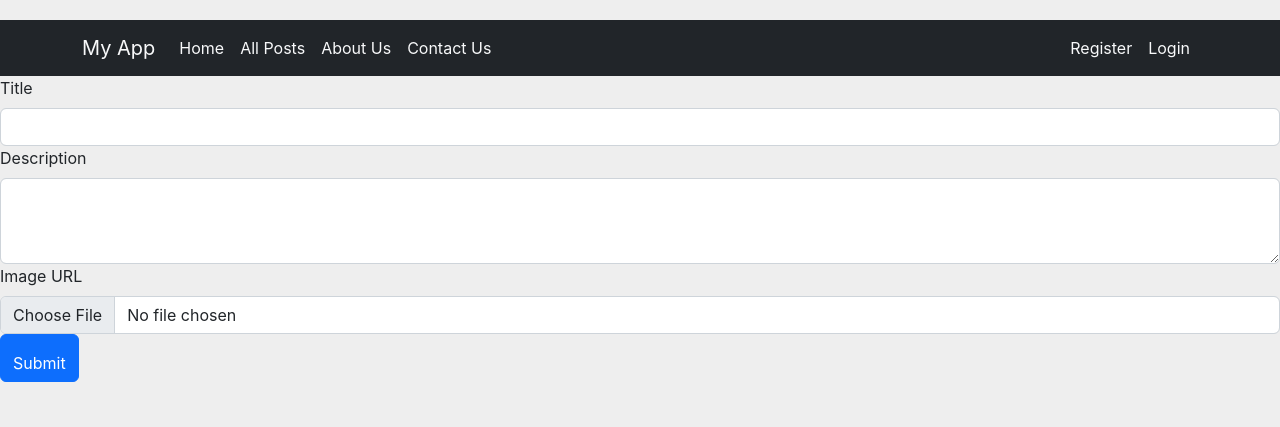
Repository: HiteshKumarMeghwar/react-redux-golang-mysql
Page: /add_post (app in react-redux/)
These files come from the project's save history. The page is drawn as it stood at one moment and after the next save; the edit follows.
The browser window is 1280 px wide. The pictures show the whole page.
Some web libraries are served in a nearby version. The project was rebuilt for these pictures with package versions that can differ from the ones it lists, and the page was loaded fresh each time. Also part of the build but not shown: react-redux/webpack.config.js, react-redux/src/App.css, react-redux/src/components/Login.js, react-redux/src/components/Register.js, react-redux/src/components/Dashboard.js, react-redux/src/components/AllPosts.js, react-redux/src/components/AboutUs.js, react-redux/src/components/ContactUs.js and 3 more.

Above is the page before, as saved 2023-03-17 15:47:51.

After the next save:
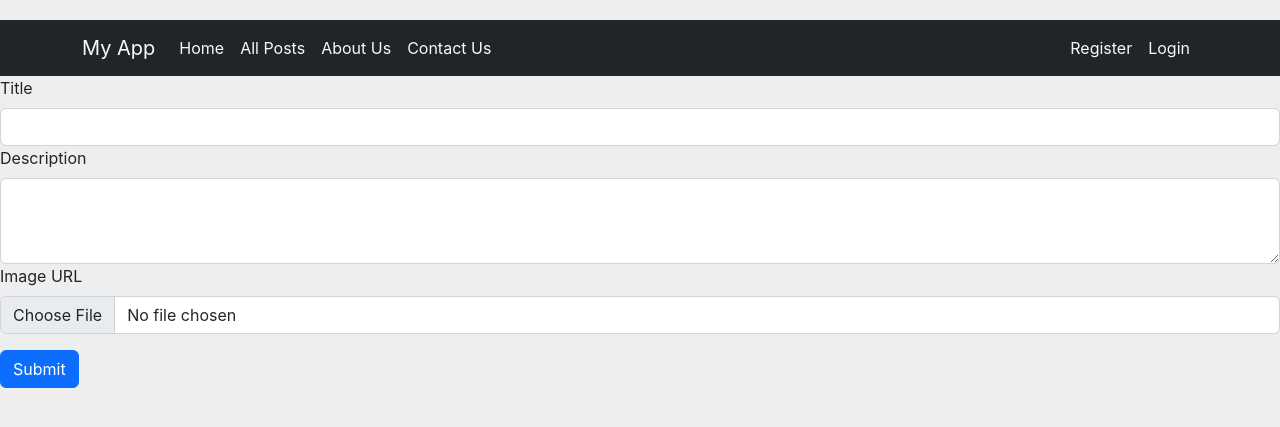
Saved 8 s later.
--- a/react-redux/src/components/AddPost.js
+++ b/react-redux/src/components/AddPost.js
@@ -49,7 +49,7 @@ const AddPost = () => {
                     <Form.Control type="file" onChange={handleImageChange} />
                 </Form.Group>
 
-                <Button variant="primary pt-3" type="submit">
+                <Button variant="primary mt-3" type="submit">
                     Submit
                 </Button>
             </Form>
